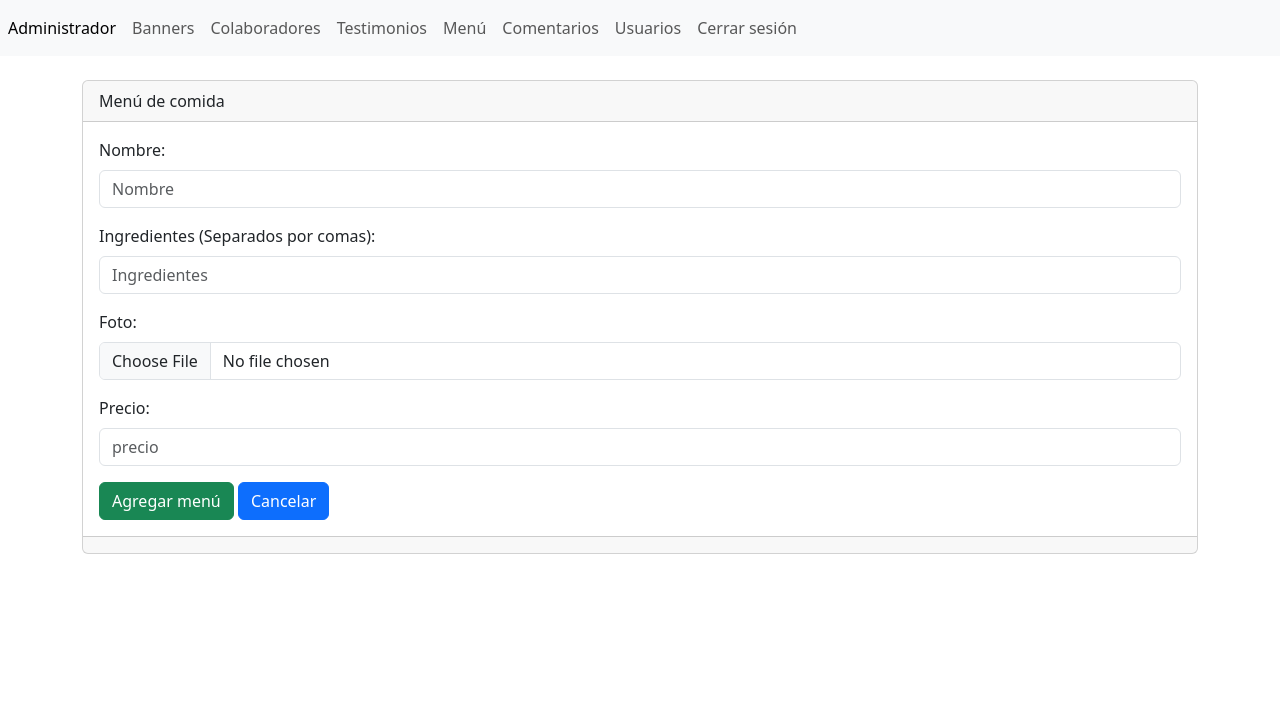
Repository: salextros/Restaurant-Project-PHP-MySQL
Page: http://localhost/TRABAJO_FINAL/restaurant/admin/seccion/menu/editar.php
These files come from the project's save history. The page is drawn as it stood at one moment and after the next save; the edit follows.
The browser window is 1280 px wide. The pictures show the whole page.
The page is run by PHP 8.4 with error messages shown; the project is at /var/www/html/.

Above is the page before, as saved 2026-02-02 23:41:49.

After the next save:
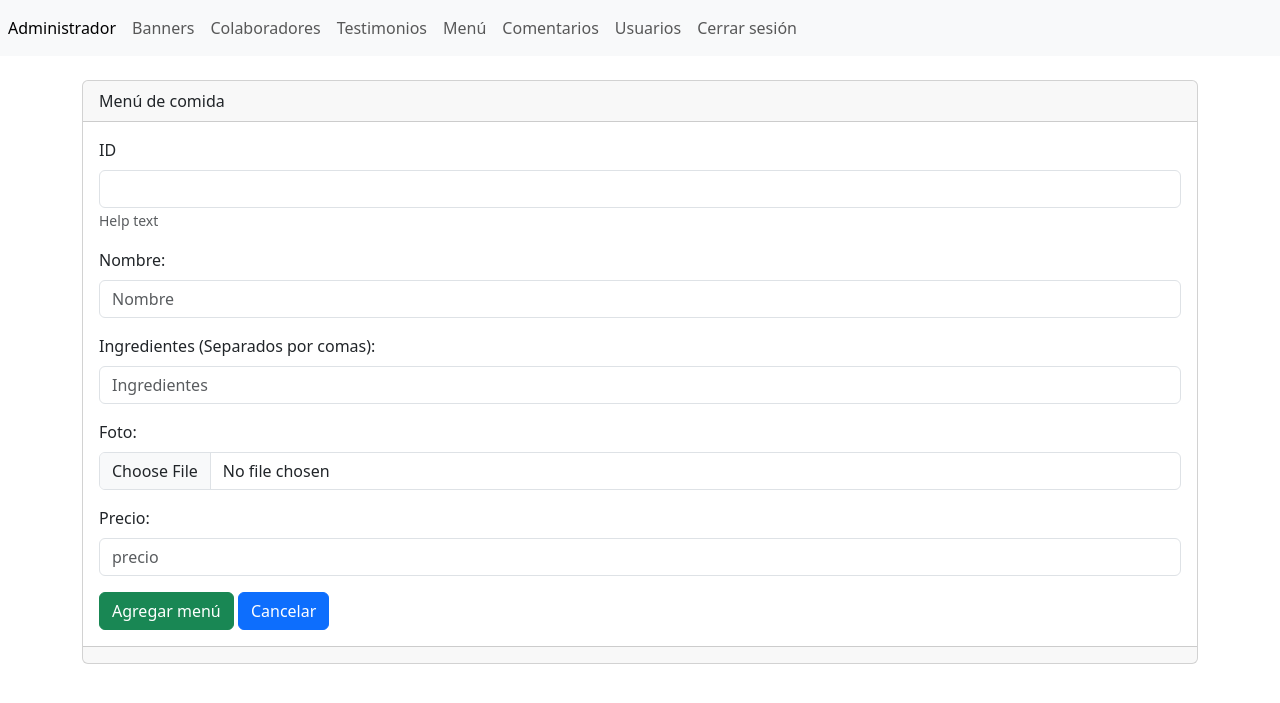
Saved 64 s later.
--- a/restaurant/admin/seccion/menu/editar.php
+++ b/restaurant/admin/seccion/menu/editar.php
@@ -7,6 +7,12 @@ include ("../../templates/header.php");?>
     <div class="card-header">Menú de comida</div>
     <div class="card-body">
         <form action="" method="post" enctype="multipart/form-data">
+
+        <div class="mb-3">
+        <label for="" class="form-label">ID</label>
+        <input type="text" class="form-control" name="" id="" aria-describedby="helpId" placeholder="" />
+        <small id="helpId" class="form-text text-muted">Help text</small>
+        </div>
 
            <div class="mb-3">
             <label for="nombre" class="form-label">Nombre:</label>
